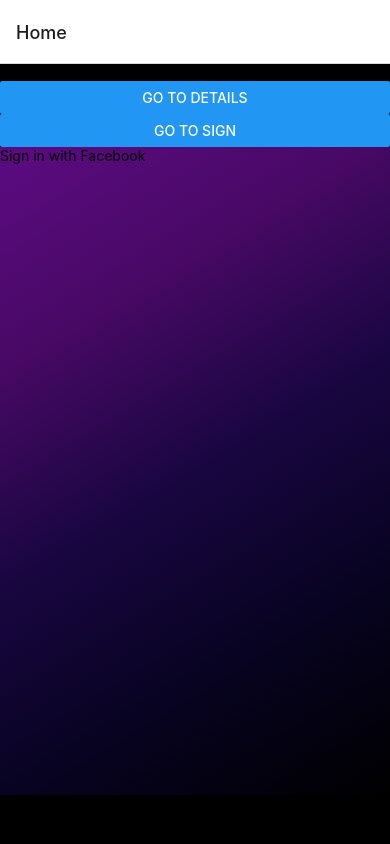
Repository: eyebone/barManager
Screen: /
These files come from the project's save history. The screen is drawn as it stood at one moment and after the next save; the edit follows.
The app was drawn by React Native's web renderer in a window 390 px wide. The project was rebuilt for these pictures with package versions that can differ from the ones it lists, and the page was loaded fresh each time. Also part of the build but not shown: components/EmojiPicker.js, components/Button.js, components/ImageViewer.js, components/circleButton.js, components/IconButton.js, view/ViewOne.js, view/Sign.js.

Above is the screen before, as saved 2023-06-26 14:03:46.

### App.js
// In App.js in a new project

import * as React from "react";
import { Button, View, Text, StyleSheet } from "react-native";
// import React-native from 'react-native';
import { NavigationContainer } from "@react-navigation/native";
import { createNativeStackNavigator } from "@react-navigation/native-stack";
import { ViewOne } from "./view/ViewOne";
import { SignView } from "./view/Sign";
import { LinearGradient } from "expo-linear-gradient";
function HomeScreen({ navigation }) {
  return (
    <View style={styles.container}>
      <Text>Home Screen</Text>
      <Button
        title="Go to Details"
        onPress={() => navigation.navigate("test")}
      />
      <Button title="Go to Sign" onPress={() => navigation.navigate("sign")} />
      <LinearGradient
        start={{ x: 0, y: 0 }}
        end={{ x: 1, y: 1 }}
        colors={["#5c0b82", "#480965", "#190641", "#070320", "#000000"]}
        style={styles.linearGradient}
      >
        <Text style={styles.buttonText}>Sign in with Facebook</Text>
      </LinearGradient>
    </View>
  );
}

const Stack = createNativeStackNavigator();

function App() {
  return (
    <NavigationContainer style={styles.container}>
      <Stack.Navigator>
        <Stack.Screen name="Home" component={HomeScreen} />
        <Stack.Screen name="test" component={ViewOne} />
        <Stack.Screen name="sign" component={SignView} />
      </Stack.Navigator>
    </NavigationContainer>
  );
}

export default App;

const styles = StyleSheet.create({
  container: {
    flex: 1,
    flexDirection: "column",
    backgroundColor: "#000000",
    //    alignItems: 'center',
  },
  linearGradient: {
    height: 648,
  },
});

After the next save:
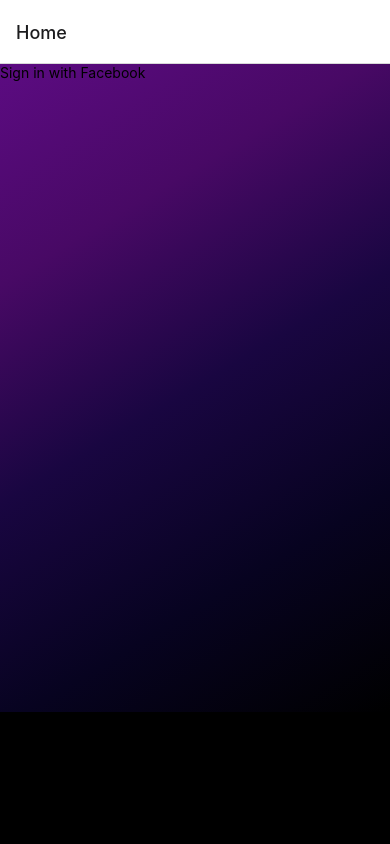
Saved 32 s later.
--- a/App.js
+++ b/App.js
@@ -11,12 +11,7 @@ import { LinearGradient } from "expo-linear-gradient";
 function HomeScreen({ navigation }) {
   return (
     <View style={styles.container}>
-      <Text>Home Screen</Text>
-      <Button
-        title="Go to Details"
-        onPress={() => navigation.navigate("test")}
-      />
-      <Button title="Go to Sign" onPress={() => navigation.navigate("sign")} />
+
       <LinearGradient
         start={{ x: 0, y: 0 }}
         end={{ x: 1, y: 1 }}
